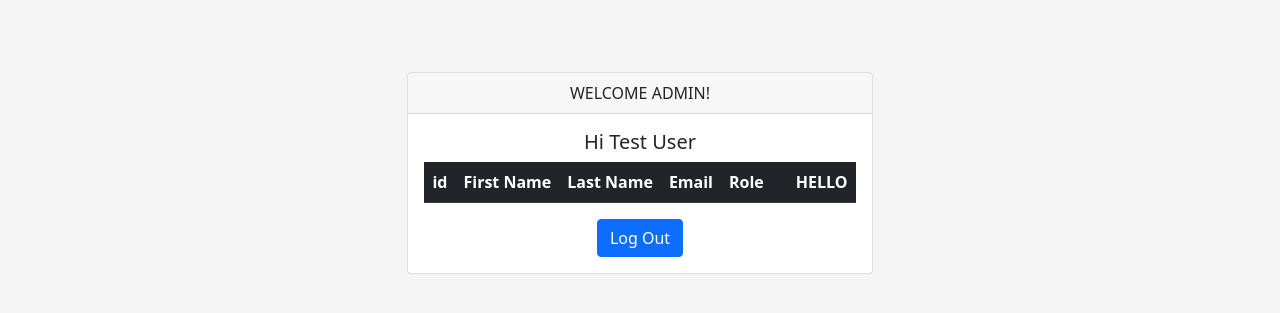
Repository: rabin-bhandari/LOGIN-SIGNUP
Page: http://localhost/welcome.php
The author's editor kept a copy of each file at every save. The page is drawn from the files as they stood at one save, then again after the next save.
The browser window is 1280 px wide. The pictures show the whole page.
Some web libraries are served in a nearby version. The page is run by PHP 8.4 with error messages shown; the project is at /var/www/html/. The session is filled in as if someone had signed in: {"email": "test@example.com", "first_name": "Test User", "last_name": "Test User", "id": 1, "admin": 1}. Other server files are loaded and not shown. Queries for data that is not in the repository find no rows.

Above is the page before, as saved 2022-03-27 21:07:27.

### welcome.php
<?php

session_start();
include "connection.php";

if (isset($_SESSION['id']) && isset($_SESSION['email'])) {
?>
  <!DOCTYPE html>
  <html lang="en">

  <head>
    <!-- Required meta tags -->
    <meta charset="utf-8" />
    <meta name="viewport" content="width=device-width, initial-scale=1" />

    <!-- Bootstrap CSS -->
    <link href="https://cdn.jsdelivr.net/npm/bootstrap@5.1.3/dist/css/bootstrap.min.css" rel="stylesheet" integrity="sha384-1BmE4kWBq78iYhFldvKuhfTAU6auU8tT94WrHftjDbrCEXSU1oBoqyl2QvZ6jIW3" crossorigin="anonymous" />
    <link rel="stylesheet" href="https://cdnjs.cloudflare.com/ajax/libs/font-awesome/4.7.0/css/font-awesome.min.css">

    <link rel="stylesheet" href="main.css" />
    <title>Welcome</title>
  </head>
  <?php
  if ($_SESSION['admin'] == 1) {
  ?>

    <body>

      <div class="admin-container">
        <div class="card text-center">
          <div class="card-header">
            WELCOME ADMIN!
          </div>
          <div class="card-body">
            <h5 class="card-title">Hi <?php echo $_SESSION['first_name']; ?></h5>
            <table class="table table-hover">
              <thead class="table-dark">
                <tr>
                  <th scope="col">id</th>
                  <th scope="col">First Name</th>
                  <th scope="col">Last Name</th>
                  <th scope="col">Email</th>
                  <th scope="col">Role</th>
                  <th scope="col"></th>
                  <th scope="col">HELLO</th>


                </tr>
              </thead>
              <tbody>
                <?php
                $sql = "SELECT * FROM users";
                $result = mysqli_query($conn, $sql);
                while ($row_user = mysqli_fetch_array($result)) {
                  $id = $row_user['id'];
                  $first_name = $row_user['first_name'];
                  $last_name = $row_user['last_name'];
                  $email = $row_user['email'];
                  $admin = ($row_user['admin'] == 1) ? 'admin' : 'user';

                ?>
                  <tr>
                    <th scope="row"><?php echo $id; ?></th>
                    <td><?php echo $first_name; ?></td>
                    <td><?php echo $last_name; ?></td>
                    <td><?php echo $email; ?></td>
                    <td><?php echo $admin; ?></td>
                    <td><button class="btn btn-danger btn-sm" type="submit"><i class="fa fa-pencil"></button></td>
                    <td>
                      <!-- Button trigger modal -->
                      <button type="button" class="btn btn-primary" data-toggle="modal" data-target="#exampleModal">
                        Launch demo modal
                      </button>

                      <!-- Modal -->
                      <div class="modal fade" id="exampleModal" tabindex="-1" role="dialog" aria-labelledby="exampleModalLabel" aria-hidden="true">
                        <div class="modal-dialog" role="document">
                          <div class="modal-content">
                            <div class="modal-header">
                              <h5 class="modal-title" id="exampleModalLabel">Modal title</h5>
                              <button type="button" class="close" data-dismiss="modal" aria-label="Close">
                                <span aria-hidden="true">&times;</span>
                              </button>
                            </div>
                            <div class="modal-body">
                              ...
                            </div>
                            <div class="modal-footer">
                              <button type="button" class="btn btn-secondary" data-dismiss="modal">Close</button>
                              <button type="button" class="btn btn-primary">Save changes</button>
                            </div>
                          </div>
                        </div>
                      </div>
                    </td>


                  </tr>
                <?php } ?>
              </tbody>
            </table>
            <a href="logout.php" class="btn btn-primary">Log Out</a>
          </div>
        </div>
      </div>

    <?php
  } else {
    ?>

      <body>
        <div class="container">
          <div class="card text-center">
            <div class="card-header">
              WELCOME USER!
            </div>
            <div class="card-body">
              <h5 class="card-title">Hi <?php echo $_SESSION['first_name']; ?></h5>
              <p class="card-text">You've successfully logged in.</p>
              <a href="logout.php" class="btn btn-primary">Log Out</a>
            </div>
          </div>
        </div>
      <?php
    }
      ?>
      <script src="https://code.jquery.com/jquery-3.6.0.min.js" integrity="sha256-/xUj+3OJU5yExlq6GSYGSHk7tPXikynS7ogEvDej/m4=" crossorigin="anonymous"></script>
      <script src="https://cdn.jsdelivr.net/npm/jquery-validation@1.19.3/dist/jquery.validate.min.js"></script>
      <script src="https://cdn.jsdelivr.net/npm/@popperjs/core@2.10.2/dist/umd/popper.min.js" integrity="sha384-7+zCNj/IqJ95wo16oMtfsKbZ9ccEh31eOz1HGyDuCQ6wgnyJNSYdrPa03rtR1zdB" crossorigin="anonymous"></script>
      <script src="https://cdn.jsdelivr.net/npm/bootstrap@5.1.3/dist/js/bootstrap.min.js" integrity="sha384-QJHtvGhmr9XOIpI6YVutG+2QOK9T+ZnN4kzFN1RtK3zEFEIsxhlmWl5/YESvpZ13" crossorigin="anonymous"></script>
      </body>

  </html>

<?php
} else {
  header("Location: index.php");
  exit();
}

?>

### connection.php
<?php

$sname = "localhost";
$uname = "root";
$password = "";
$db_name = "LOGIN-SIGNUP";

$conn = mysqli_connect($sname, $uname, $password, $db_name);

if (!$conn) {
    echo "Connection failed";
}

### main.css
body {
  display: flex;
  justify-content: center;
  align-items: center;
  padding-top: 10vh;
  background-color: #f5f5f5;
}

.container {
  display: table;
  max-width: 50vw;
  margin: 50px auto;
}

.nav-tabs .nav-link {
  margin-bottom: -2px;
}

form {
  padding: 30px;
  background-color: #fff;
}

After the next save:
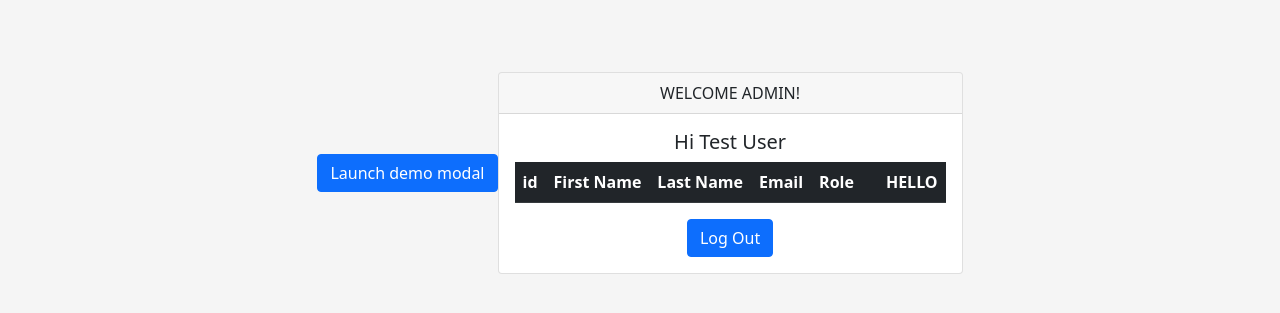
Saved 7 s later.
--- a/welcome.php
+++ b/welcome.php
@@ -25,7 +25,31 @@
   ?>
 
     <body>
+      <!-- Button trigger modal -->
+      <button type="button" class="btn btn-primary" data-toggle="modal" data-target="#exampleModal">
+        Launch demo modal
+      </button>
 
+      <!-- Modal -->
+      <div class="modal fade" id="exampleModal" tabindex="-1" role="dialog" aria-labelledby="exampleModalLabel" aria-hidden="true">
+        <div class="modal-dialog" role="document">
+          <div class="modal-content">
+            <div class="modal-header">
+              <h5 class="modal-title" id="exampleModalLabel">Modal title</h5>
+              <button type="button" class="close" data-dismiss="modal" aria-label="Close">
+                <span aria-hidden="true">&times;</span>
+              </button>
+            </div>
+            <div class="modal-body">
+              ...
+            </div>
+            <div class="modal-footer">
+              <button type="button" class="btn btn-secondary" data-dismiss="modal">Close</button>
+              <button type="button" class="btn btn-primary">Save changes</button>
+            </div>
+          </div>
+        </div>
+      </div>
       <div class="admin-container">
         <div class="card text-center">
           <div class="card-header">

After the save that followed:
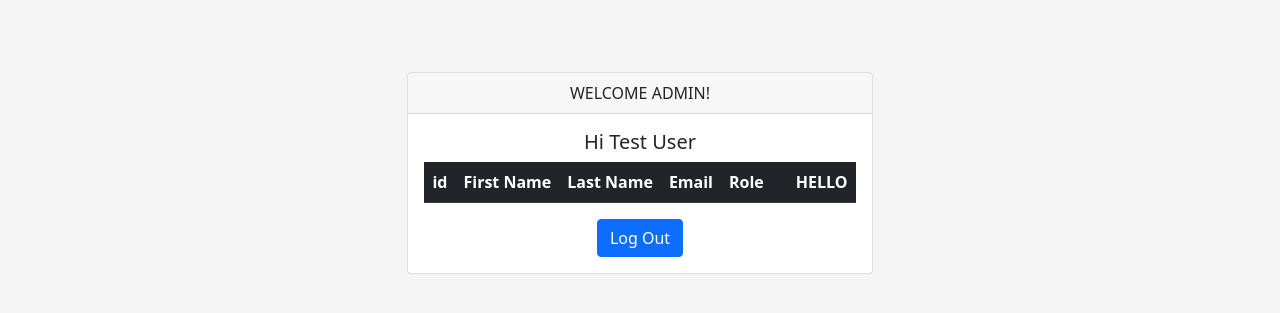
Saved 21 s later.
--- a/welcome.php
+++ b/welcome.php
@@ -25,11 +25,6 @@
   ?>
 
     <body>
-      <!-- Button trigger modal -->
-      <button type="button" class="btn btn-primary" data-toggle="modal" data-target="#exampleModal">
-        Launch demo modal
-      </button>
-
       <!-- Modal -->
       <div class="modal fade" id="exampleModal" tabindex="-1" role="dialog" aria-labelledby="exampleModalLabel" aria-hidden="true">
         <div class="modal-dialog" role="document">
